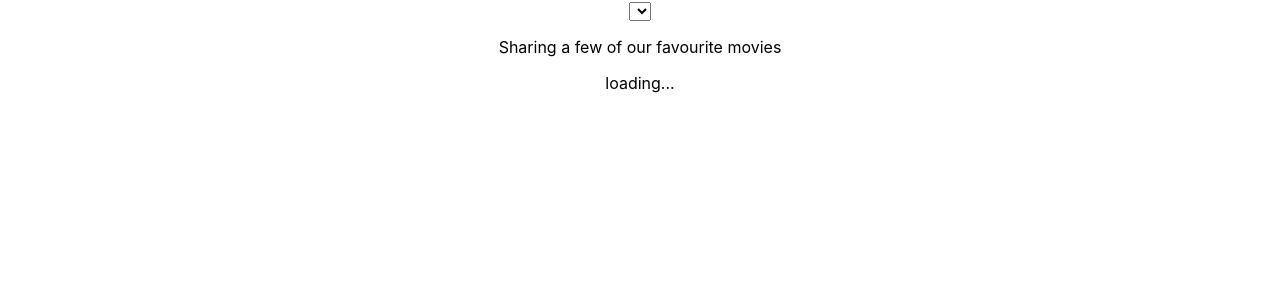
Repository: jklodge/lodge-creates
Page: / (app in plentific-search/)
An editor plug-in stored every save of this project. The page is shown before and after the next save, followed by the edit.
The browser window is 1280 px wide. The pictures show the whole page.
The page's requests for data from a server got no answer. The project was rebuilt for these pictures with package versions that can differ from the ones it lists, and the page was loaded fresh each time. No one was signed in, and anything a server would have sent is missing. Also part of the build but not shown: plentific-search/src/Components/Search.js.

Above is the page before, as saved 2020-01-12 11:52:24.

### plentific-search/src/App.js
import React, { useState, useEffect } from "react";
import "./App.css";
// import { Table } from "./Components/Table";
import axios from "axios";
import { Route, Link, BrowserRouter as Router } from "react-router-dom";
import Search from "./Components/Search";
import DropDown from "./Components/DropDown";

const App = () => {
  const [loading, setLoading] = useState(true);
  const [errorMessage, setErrorMessage] = useState(null);
  const [category, setCategory] = useState([]);
  // const [state, setState] = useState({
  //   categorys: [],
  //   pros: [],
  //   search: ""
  // });

  // const search = searchValue => {
  //   console.log(searchValue);
  //   setLoading(true);
  //   setErrorMessage(null);

  //   fetch(`https://www.omdbapi.com/?s=${searchValue}&apikey=4a3b711b`)
  //     .then(response => response.json())
  //     .then(jsonResponse => {
  //       if (jsonResponse.Response === "True") {
  //         setCategory(jsonResponse.Search);
  //         setLoading(false);
  //       } else {
  //         setErrorMessage(jsonResponse.Error);
  //         setLoading(false);
  //       }
  //     });
  // };

  // useEffect(() => {
  //   async function fetchData() {
  //     const result = await axios(
  //       "https://d1i9eedhsgvpdh.cloudfront.net/production-plentific-static/api-cache/find-a-pro/api/v1/categories/all.json"
  //     );
  //     return result;
  //   }
  //   fetchData().then(result => setState({ categorys: result.name }));
  //   // .then(result => setState({}));
  //   console.log("useEffect hook is called", state);
  // }, []);
  return (
    <div className="App">
      {/* <Header text="HOOKED" /> */}
      {/* <Search search={search} /> */}
      <DropDown />
      <p className="App-intro">Sharing a few of our favourite movies</p>
      <div className="movies">
        {loading && !errorMessage ? (
          <span>loading...</span>
        ) : errorMessage ? (
          <div className="errorMessage">{errorMessage}</div>
        ) : (
          <p></p>
          // movies.map((movie, index) => (
          //   <ProsTable
          //     key={`${index}-${pros.Title}`}
          //     categorys={categorys}
          //   />
          //   <CategoryDropdown
          //     key={`${index}-${pros.Title}`}
          //     categorys={categorys}
          //   />
          // ))
        )}
      </div>
    </div>
  );
};

export default App;

### plentific-search/src/Components/DropDown.js
import React, { useState, useEffect } from "react";
import axios from "axios";
const DropDown = () => {
  // const [selectedCat, setCategory] = useState("Category");
  const [state, setState] = useState({
    dropDown: [],
    selectedCat: "Category",
    categories: []
  });
  console.log(state.dropDown);

  const handleChange = e => {
    console.log(e.target);
    setState({ selectedCat: [e.target.value] });
    console.log(state.dropDown);
  };
  const List = state.dropDown;
  const fetchData = async () => {
    try {
      const url =
        "https://d1i9eedhsgvpdh.cloudfront.net/production-plentific-static/api-cache/find-a-pro/api/v1/categories/all.json";

      const result = await axios.get(url);
      console.log(result);
      setState({ categories: await axios.get(url) });
      console.log(state);
    } catch (e) {
      console.log(`Request failed: ${e}`);
    }
  };

  useEffect(() => {
    fetchData();
  }, []);

  return (
    <select
      onChange={e => handleChange(e)}
      className="browser-default custom-select"
    >
      {/* {List.map((category, key) => (
        <option key={key} value={category}>
          {category}
        </option>
      ))} */}
    </select>
  );
};

export default DropDown;

Loaded but not shown: plentific-search/public/index.html (common file); plentific-search/src/index.js (common file); plentific-search/src/index.css (common file); plentific-search/src/serviceWorker.js (common file); plentific-search/src/App.css (common file)

After the next save:
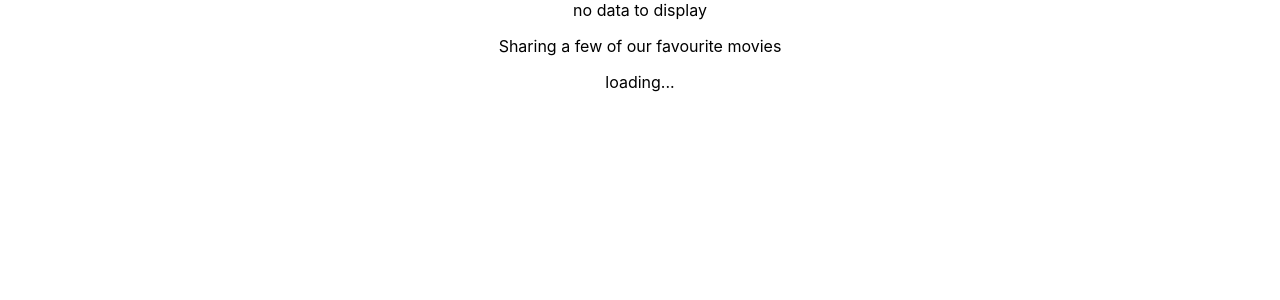
Saved 111 s later.
--- a/plentific-search/src/Components/DropDown.js
+++ b/plentific-search/src/Components/DropDown.js
@@ -3,47 +3,42 @@ import axios from "axios";
 const DropDown = () => {
   // const [selectedCat, setCategory] = useState("Category");
   const [state, setState] = useState({
-    dropDown: [],
-    selectedCat: "Category",
-    categories: []
+    data: [],
+    search: ""
   });
-  console.log(state.dropDown);
 
   const handleChange = e => {
     console.log(e.target);
     setState({ selectedCat: [e.target.value] });
     console.log(state.dropDown);
   };
-  const List = state.dropDown;
-  const fetchData = async () => {
-    try {
-      const url =
-        "https://d1i9eedhsgvpdh.cloudfront.net/production-plentific-static/api-cache/find-a-pro/api/v1/categories/all.json";
-
-      const result = await axios.get(url);
-      console.log(result);
-      setState({ categories: await axios.get(url) });
-      console.log(state);
-    } catch (e) {
-      console.log(`Request failed: ${e}`);
-    }
-  };
 
   useEffect(() => {
-    fetchData();
+    async function fetchData() {
+      const result = await axios(
+        "https://d1i9eedhsgvpdh.cloudfront.net/production-plentific-static/api-cache/find-a-pro/api/v1/categories/all.json"
+      );
+      return result;
+    }
+    fetchData().then(result => setState({ data: result.data }));
+    // .then(result => setState({}));
+    console.log("useEffect hook is called", state);
   }, []);
-
-  return (
-    <select
-      onChange={e => handleChange(e)}
-      className="browser-default custom-select"
-    >
-      {/* {List.map((category, key) => (
+  return state.data.length === 0 ? (
+    "no data to display"
+  ) : (
+    <div className="input">
+      <select
+        onChange={e => handleChange(e)}
+        className="browser-default custom-select"
+      >
+        {/* {List.map((category, key) => (
         <option key={key} value={category}>
           {category}
         </option>
       ))} */}
-    </select>
+      </select>
+    </div>
   );
 };
 
